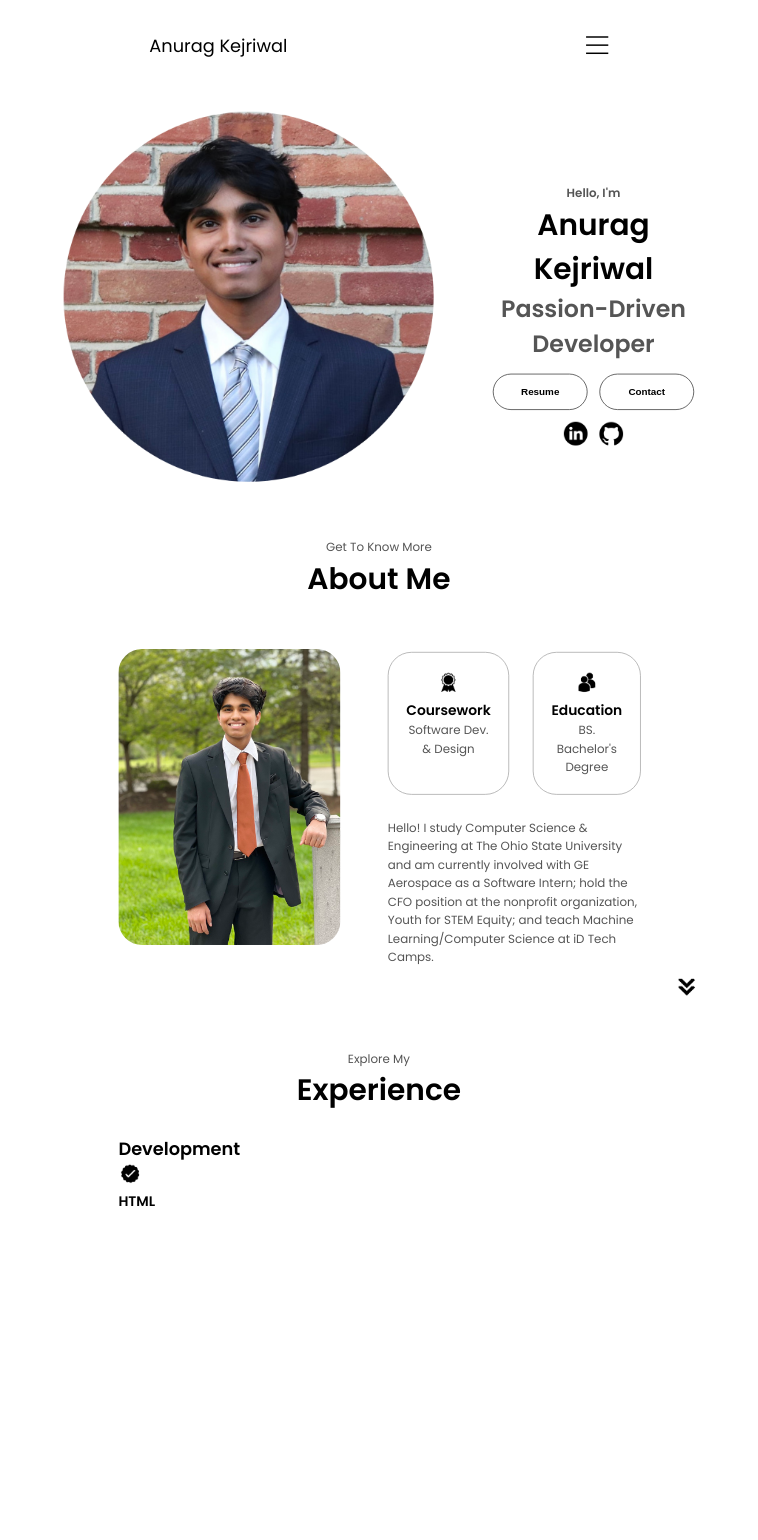
Repository: anuragkej/OldPortfolio
Page: index.html
An editor plug-in stored every save of this project. The page is shown before and after the next save, followed by the edit.
The browser window is 1024 px wide. The pictures show the whole page, at 74% of full size.

Above is the page before, as saved 2024-05-26 19:05:37.

After the next save:
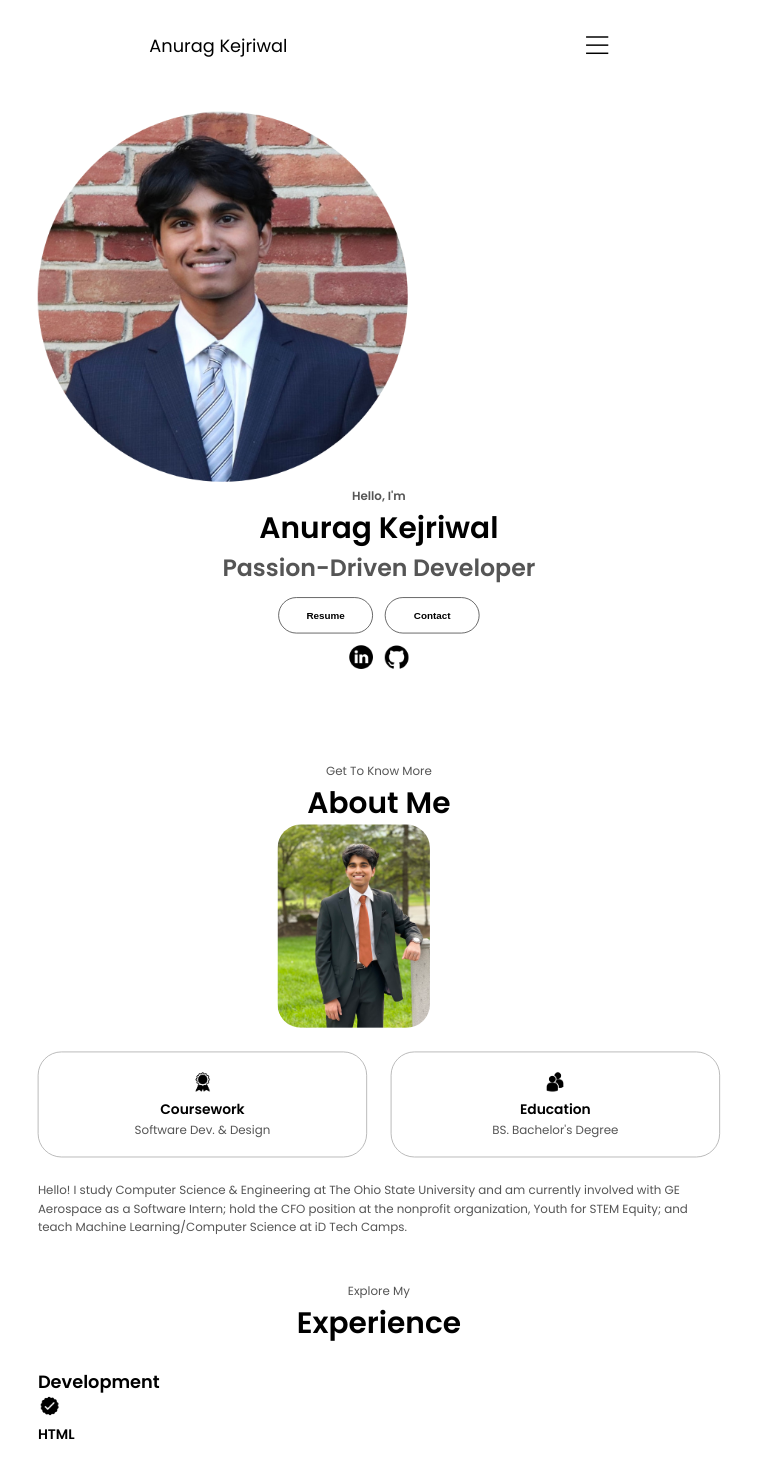
Saved 3 days later.
--- a/mediaqueries.css
+++ b/mediaqueries.css
@@ -1,3 +1,15 @@
+@media screen and (max-width: 1400px) {
+    #profile {
+        height: 83vh;
+        margin-bottom: 6rem;
+    }
+    .about-containers{
+        flex-wrap: wrap;
+    }
+}
+
+
+
 @media screen and (max-width: 1200px) {
     #desktop-nav {
         display: none;
@@ -5,4 +17,27 @@
     #hamburger-nav{
         display: flex;
     }
+    #experience, .experience-details-container{
+        margin-top: 2rem;
+    }
+    #profile, .section-container{
+        display: block;
+    }
+    .arrow{
+        display: none;
+    }
+    section, .section-container{
+        height: fit-content;
+    }
+    section{
+        margin: 0 5%;;
+    }
+    .section__pic-container{
+        width: 275px;
+        height: 275px;
+        margin: 0 auto 2rem;
+    }
+    .about-containers{
+        margin-top: 0;
+    }
 }
